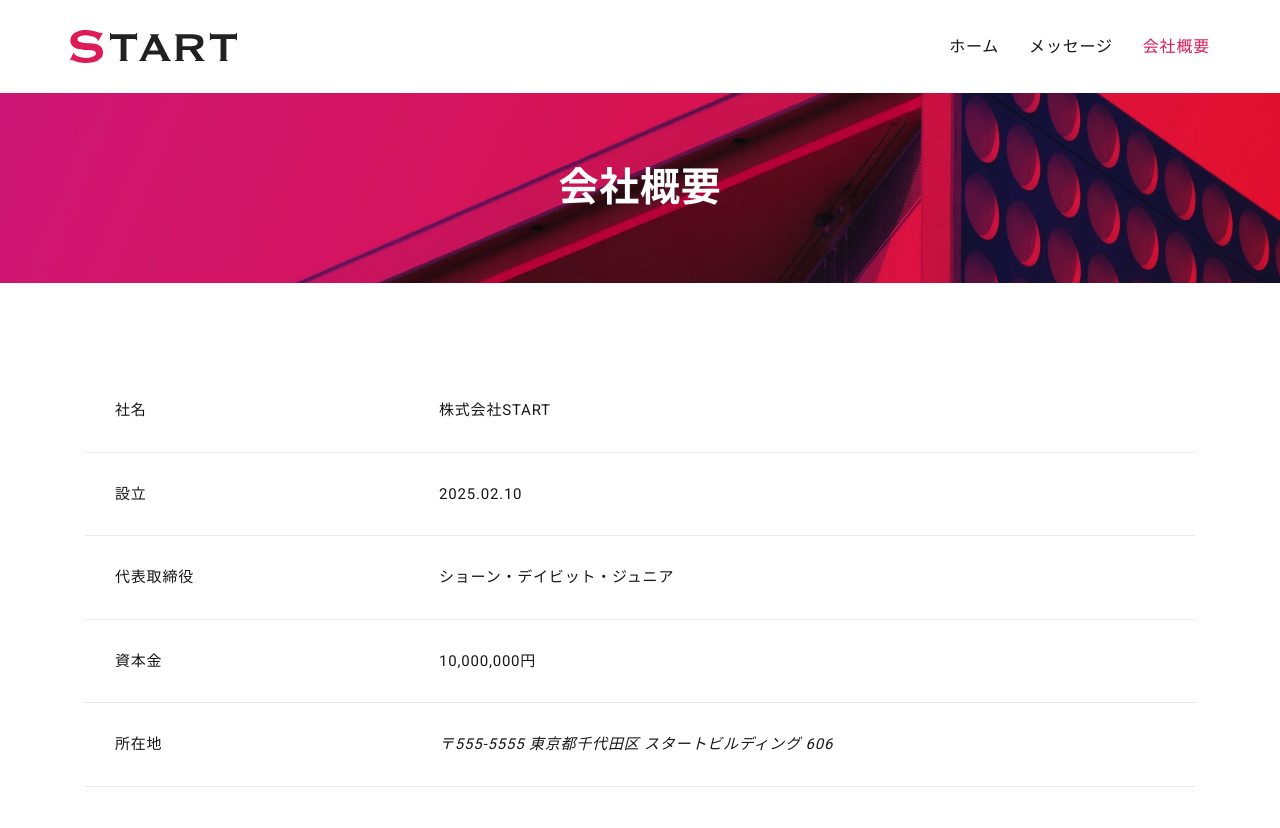
Repository: tetishi/tetishi.github.io
Page: company.html
The author's editor kept a copy of each file at every save. The page is drawn from the files as they stood at one save, then again after the next save.
The browser window is 1280 px wide. The pictures show the part of the page from y = 0 to 828 px (the page is 1817 px tall before and 1808 px after).
Pictures or frames that could not be fetched are drawn as grey boxes.

Above is the page before, as saved 2023-07-02 21:40:02.

After the next save:
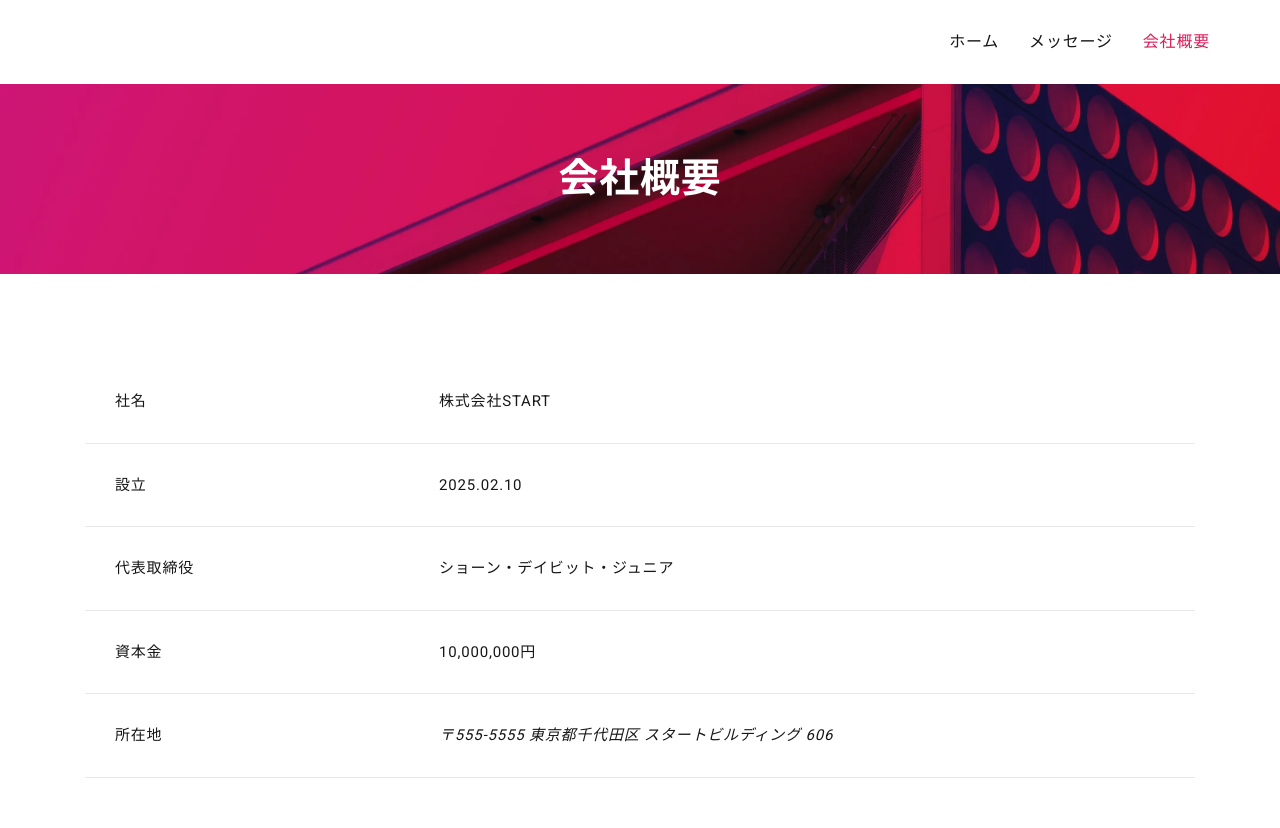
Saved 2 min 16 s later.
--- a/company.html
+++ b/company.html
@@ -18,7 +18,6 @@
         <div class="header-inner">
             <h2 class="nav-title">
                 <a href="./index.html">
-                    <img src="img/logo.svg" alt="START">
                 </a>
             </h2>
             <nav class="header-nav">
